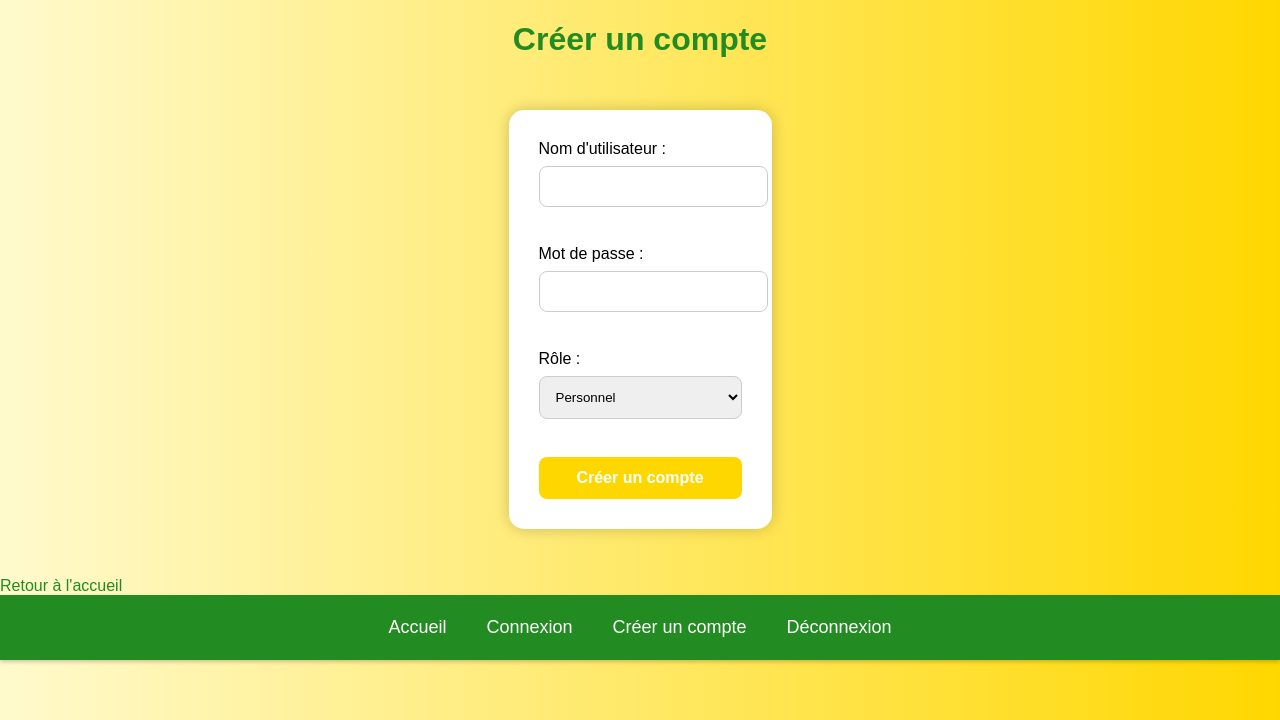
Repository: SouhailMar10/FOOD-MART
Page: http://localhost/register
The author's editor kept a copy of each file at every save. The page is drawn from the files as they stood at one save, then again after the next save.
The browser window is 1280 px wide. The pictures show the whole page.
The page is served by the project's application, run on Flask 3 (app.py).

Above is the page before, as saved 2025-04-27 01:03:13.

After the next save:
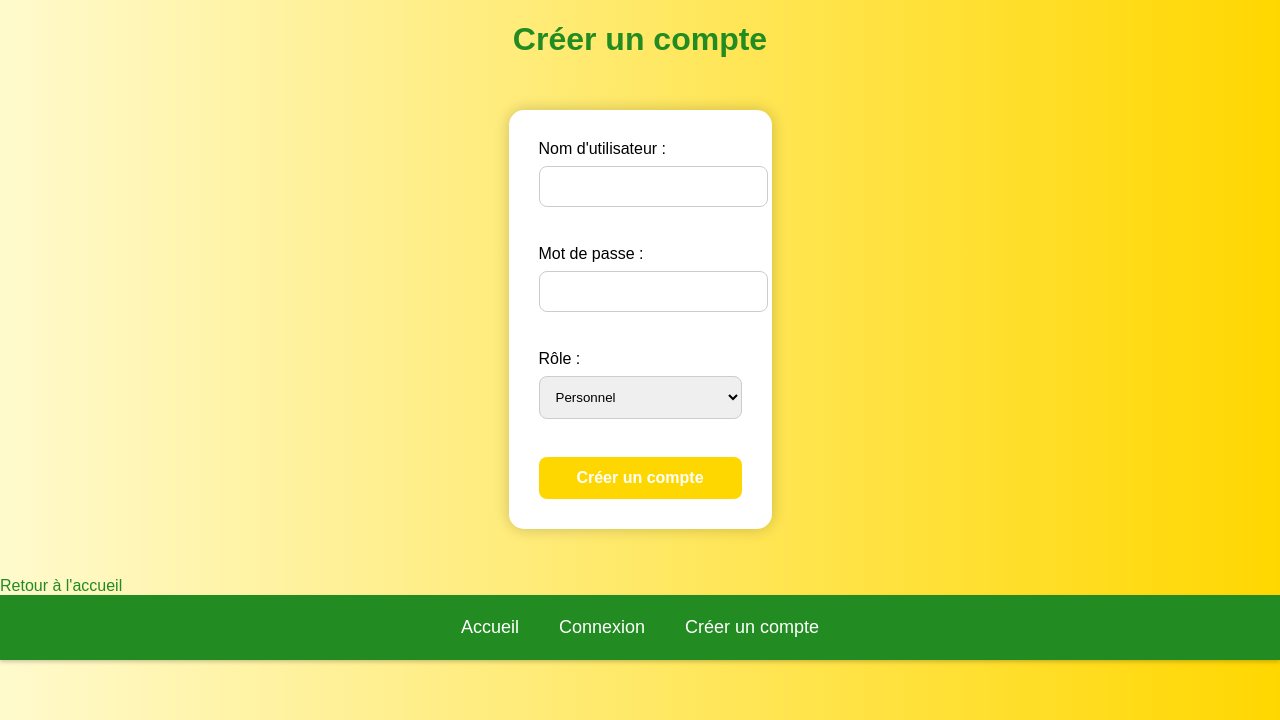
Saved 2 min 10 s later.
--- a/templates/register.html
+++ b/templates/register.html
@@ -43,10 +43,20 @@
 <nav class="navbar">
   <div class="navbar-container">
       <a href="/">Accueil</a>
-      <a href="/login">Connexion</a>
-      <a href="/register">Créer un compte</a>
-      <a href="/logout">Déconnexion</a>
+
+      {% if current_user.is_authenticated %}
+          {% if current_user.role == 'Personnel' %}
+              <a href="/dashboard_personnel">Tableau de bord (Personnel)</a>
+          {% elif current_user.role == 'Client' %}
+              <a href="/dashboard_client">Tableau de bord (Client)</a>
+          {% endif %}
+          <a href="/logout">Déconnexion</a>
+      {% else %}
+          <a href="/login">Connexion</a>
+          <a href="/register">Créer un compte</a>
+      {% endif %}
   </div>
 </nav>
 
+
 </html>
